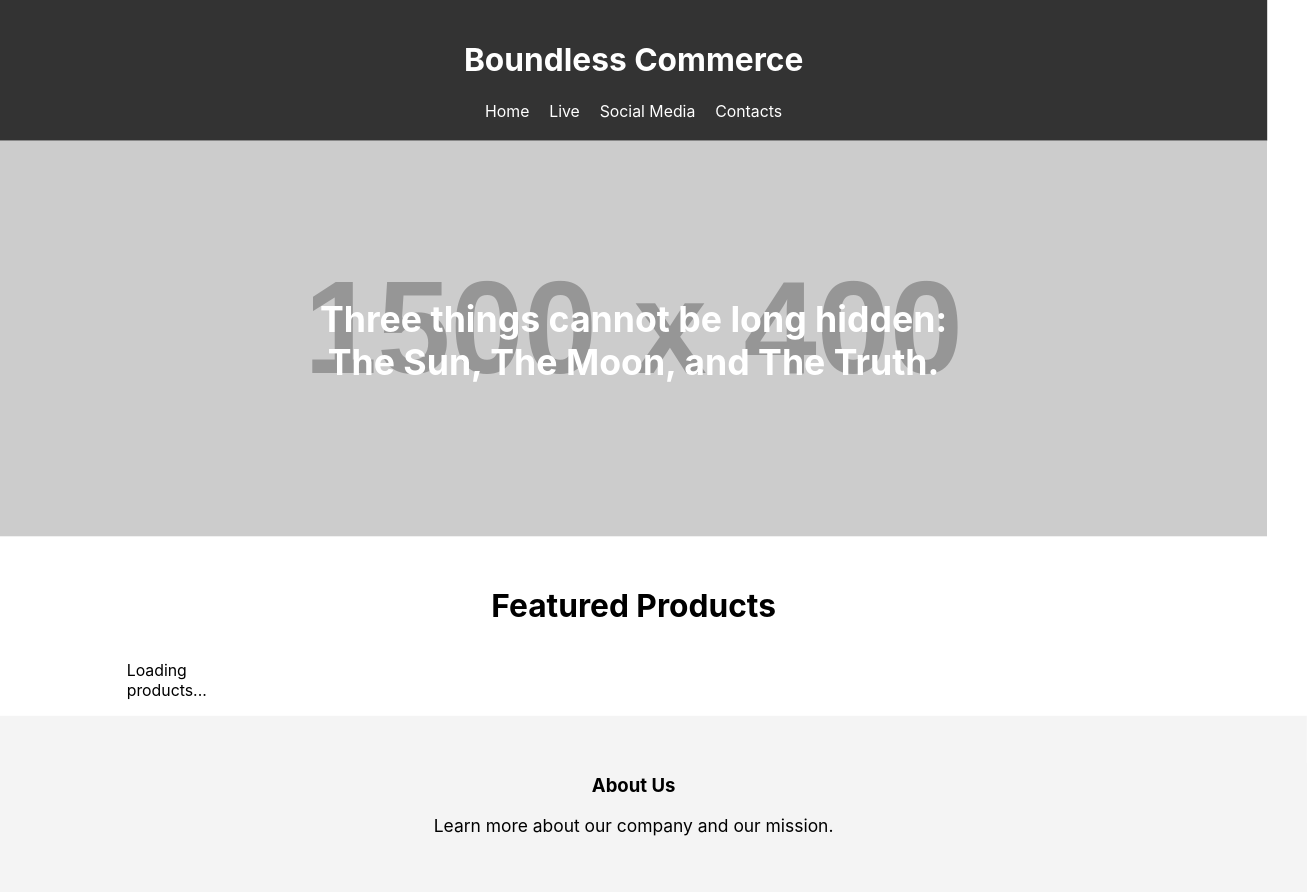
Repository: Nn-Exe/chunar-ecommerce
Page: / (app in ecommerce-frontend/)
These files come from the project's save history. The page is drawn as it stood at one moment and after the next save; the edit follows.
The browser window is 1280 px wide. The page is 1320 px wide, so the pictures cover 1320 px, including what lies to the right of the window. The pictures show the whole page, at 99% of full size.
The page's requests for data from a server got no answer. The project was rebuilt for these pictures with package versions that can differ from the ones it lists, and the page was loaded fresh each time. No one was signed in, and anything a server would have sent is missing.

Above is the page before, as saved 2024-09-11 11:51:17.

### ecommerce-frontend/src/App.js
import React, { useState, useEffect } from 'react';
import './App.css';
import { BrowserRouter as Router, Route, Routes } from 'react-router-dom';  // Importing React Router
import Navbar from './components/Navbar';  // Correct way to import default export
import HeroSection from './components/HeroSection';  // Correct way to import default export
import ProductList from './components/ProductList';  // Correct way to import default export

// Home page component (the default view)
function Home({ products }) {
  return (
    <div className="home-page">
      {/* Hero Section */}
      <div className="hero-container">
        <HeroSection />
      </div>

      {/* Featured Products Section */}
      <section className="products-section">
        <div className="section-header">
          <h2>Featured Products</h2>
        </div>

        <div className="product-grid">
          <ProductList products={products} />
        </div>
      </section>

      {/* Add more sections here */}
      <section className="about-section">
        <div className="about-content">
          <h3>About Us</h3>
          <p>Learn more about our company and our mission.</p>
        </div>
      </section>
    </div>
  );
}


// Other page components
function Live() {
  return <h2>Live Page</h2>;
}

function Contacts() {
  return <h2>Contacts Page</h2>;
}

function SocialMedia() {
  // External link can be opened using an anchor tag, so no need for a separate page.
  window.location.href = "https://linktr.ee/chunar.co";  // Redirect to external social media page
  return null;
}

function App() {
  const [products, setProducts] = useState([]);

  useEffect(() => {
    fetch('http://localhost:5000/api/products')
      .then((response) => response.json())
      .then((data) => setProducts(data))
      .catch((error) => console.error('Error fetching products:', error));
  }, []);

  return (
    <Router>
      <div className="App">
        <header className="App-header">
          <h1>Boundless Commerce</h1>
          <Navbar />
        </header>

        <Routes>
          {/* Home page route */}
          <Route path="/" element={<Home products={products} />} />

          {/* Other pages */}
          <Route path="/live" element={<Live />} />
          <Route path="/contacts" element={<Contacts />} />

          {/* Redirect to external social media link */}
          <Route path="/social-media" element={<SocialMedia />} />
        </Routes>
      </div>
    </Router>
  );
}

export default App;

### ecommerce-frontend/src/App.css
/* ------------- Main Structure ------------ */

.App-header {
  background-color: #333;
  color: white;
  padding: 20px;
  text-align: center;
}

nav ul {
  list-style-type: none;
  padding: 0;
  margin: 0;
  display: flex;
  justify-content: center;
  gap: 20px;
}

nav ul li a {
  color: white;
  text-decoration: none;
  font-size: 16px;
}

.hero {
  position: relative;
  text-align: center;
}

.hero-banner {
  width: 100%;
  height: 400px;
  object-fit: cover;
}

.hero-text {
  position: absolute;
  top: 50%;
  left: 50%;
  transform: translate(-50%, -50%);
  color: white;
  font-size: 24px;
  font-weight: bold;
}

.products {
  padding: 40px;
  text-align: center;
}

.product-list {
  display: grid;
  grid-template-columns: repeat(3, 1fr);
  gap: 20px;
}

.product-card {
  border: 1px solid #ddd;
  padding: 20px;
  text-align: center;
  transition: transform 0.3s;
}

.product-card img {
  max-width: 100%;
  height: auto;
  margin-bottom: 10px;
}

.product-card:hover {
  transform: scale(1.05);
}


.product-card img {
  width: 200px;
  height: 200px;
  object-fit: cover;   /* Ensures the image covers the given area */
  border-radius: 10px; /* Optional: adds rounded corners */
}



/* ----------- Home Div -------------- */

/* App.css */

.home-page {
  display: flex;
  flex-direction: column;
  align-items: center;
}

/* Hero Section */
.hero-container {
  width: 100%;
  margin-bottom: 20px;
}

/* Products Section */
.products-section {
  width: 80%;
  margin: 0 auto;
}

.section-header h2 {
  text-align: center;
  font-size: 2rem;
  margin-bottom: 20px;
}

/* Product Grid */
.product-grid {
  display: grid;
  grid-template-columns: repeat(3, 1fr);
  gap: 20px;
}

.product-card {
  border: 1px solid #ddd;
  padding: 20px;
  text-align: center;
}

/* About Section */
.about-section {
  background-color: #f4f4f4;
  padding: 40px;
  width: 100%;
  text-align: center;
}

.about-section h3 {
  margin-bottom: 10px;
}

.about-section p {
  font-size: 1.1rem;
}

### ecommerce-frontend/src/components/Navbar.js
import React from 'react';
import { Link } from 'react-router-dom';

function Navbar() {
  return (
    <nav>
      <ul>
        <li><Link to="/">Home</Link></li>  {/* Links to the home page */}
        <li><Link to="/live">Live</Link></li>  {/* Links to the live page */}
        <li><a href="https://linktr.ee/chunar.co" target="_blank" rel="noopener noreferrer">Social Media</a></li> {/* Opens external link in new tab */}
        <li><Link to="/contacts">Contacts</Link></li>  {/* Links to the contacts page */}
      </ul>
    </nav>
  );
}

export default Navbar;

### ecommerce-frontend/src/components/HeroSection.js
import React from 'react';

function HeroSection() {
  return (
    <section className="hero">
      <img src="https://via.placeholder.com/1500x400" alt="Banner" className="hero-banner" />
      <div className="hero-text">
        <h2>Three things cannot be long hidden: The Sun, The Moon, and The Truth.</h2>
      </div>
    </section>
  );
}

export default HeroSection;  // Ensure you have this line

### ecommerce-frontend/src/components/ProductList.js
import React from 'react';

function ProductList({ products }) {
  return (
    <div className="product-list">
      {products.length === 0 ? (
        <p>Loading products...</p>
      ) : (
        products.map((product) => (
          <div key={product.id} className="product-card">
              <img
                src={product.image}
                alt={product.name}
                className="product-image"
              />
            <h3>{product.name}</h3>
            <p>{product.description}</p>
            <p>${product.price}</p>
          </div>
        ))
      )}
    </div>
  );
}

export default ProductList;

Loaded but not shown: ecommerce-frontend/public/index.html (common file); ecommerce-frontend/src/index.js (common file); ecommerce-frontend/src/index.css (common file); ecommerce-frontend/src/reportWebVitals.js (common file)

After the next save:
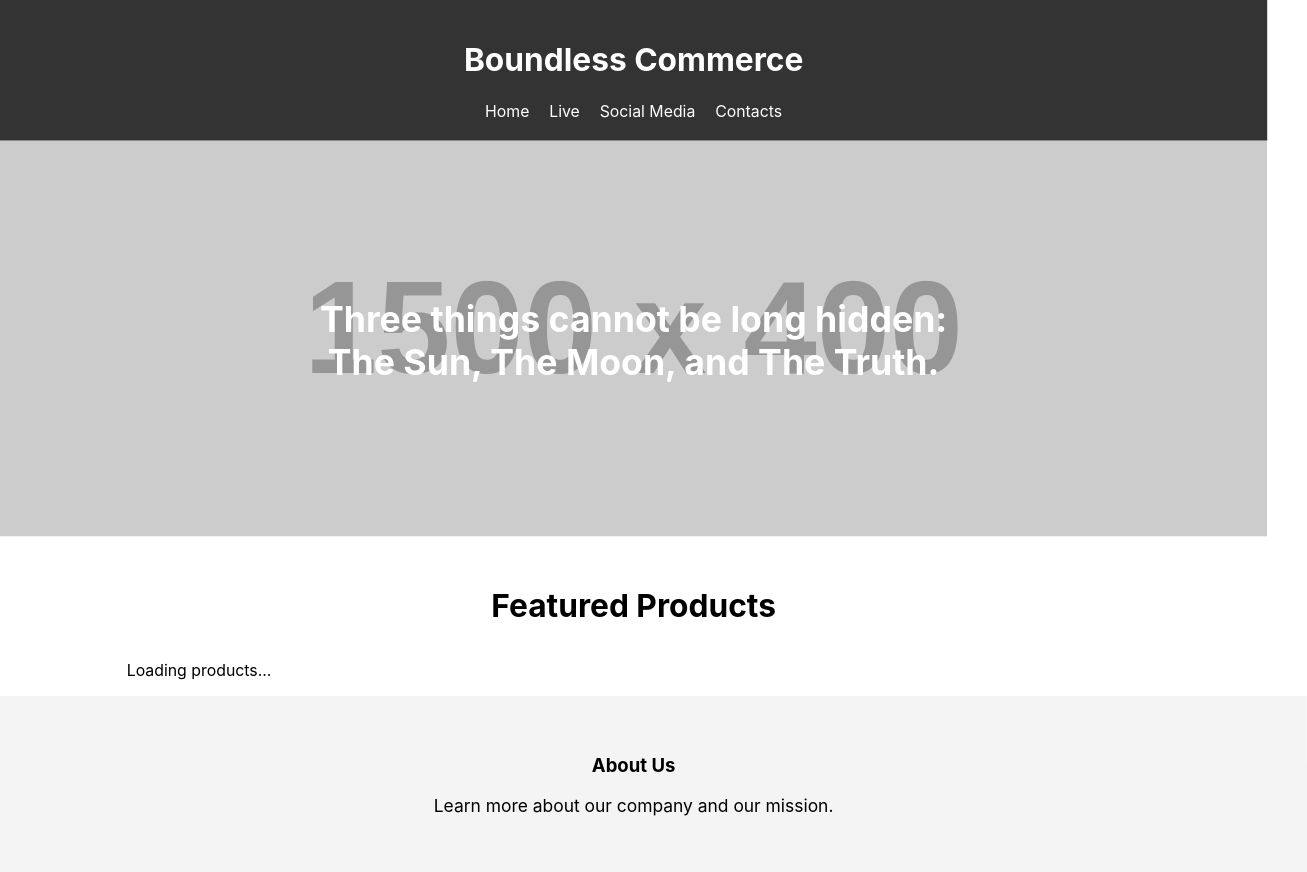
Saved 70 s later.
--- a/ecommerce-frontend/src/App.css
+++ b/ecommerce-frontend/src/App.css
@@ -109,7 +109,7 @@ nav ul li a {
   margin-bottom: 20px;
 }
 
-/* Product Grid */
+/* Product Grid
 .product-grid {
   display: grid;
   grid-template-columns: repeat(3, 1fr);
@@ -120,7 +120,7 @@ nav ul li a {
   border: 1px solid #ddd;
   padding: 20px;
   text-align: center;
-}
+} */
 
 /* About Section */
 .about-section {
